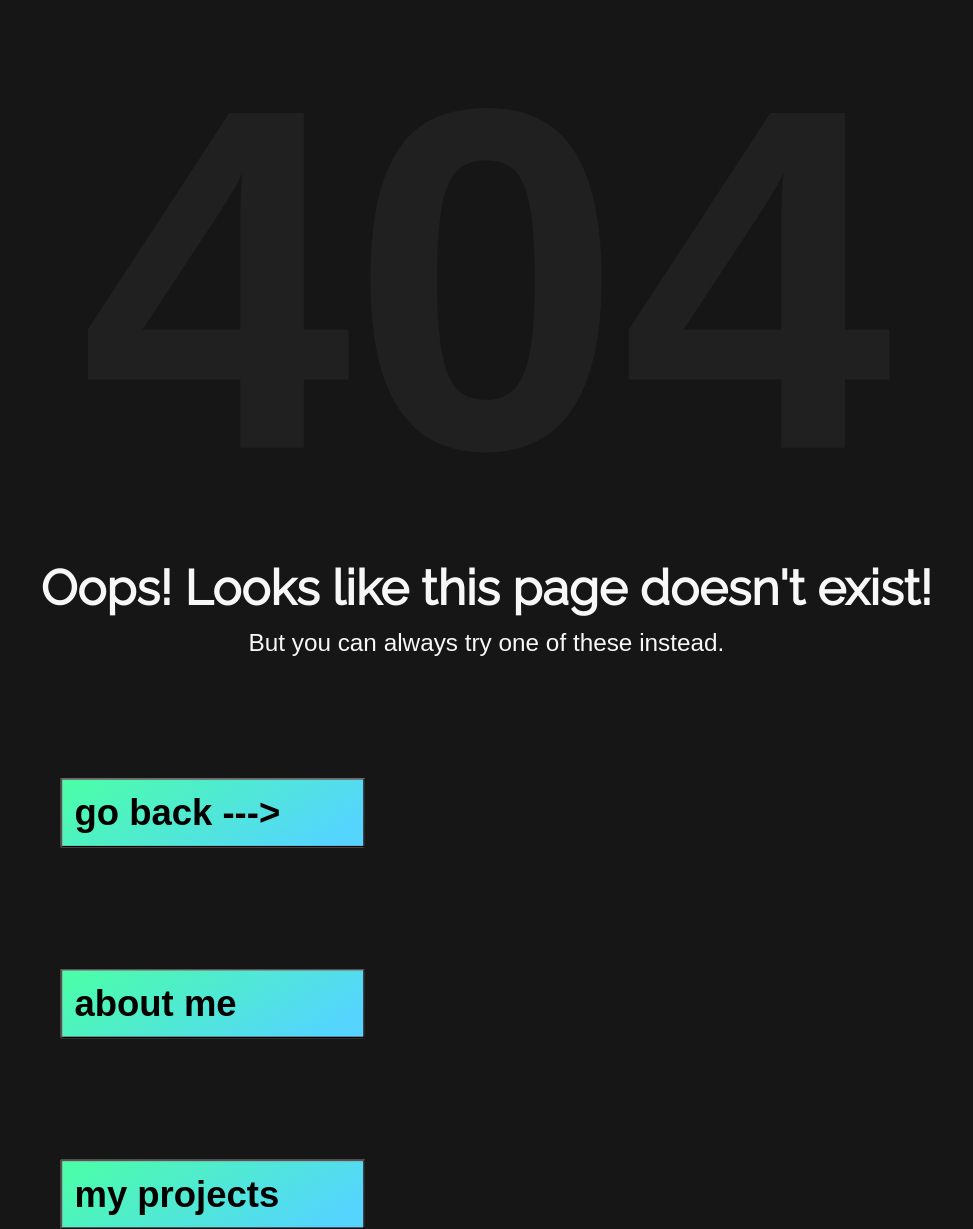
Repository: TeeJaysDev/Portfolio
Page: 404.html
An editor plug-in stored every save of this project. The page is shown before and after a run of saves, followed by the edit.
The browser window is 1280 px wide. The pictures show the whole page, at 76% of full size.

Above is the page before, as saved 2021-08-26 22:15:39.

After the next 2 saves:
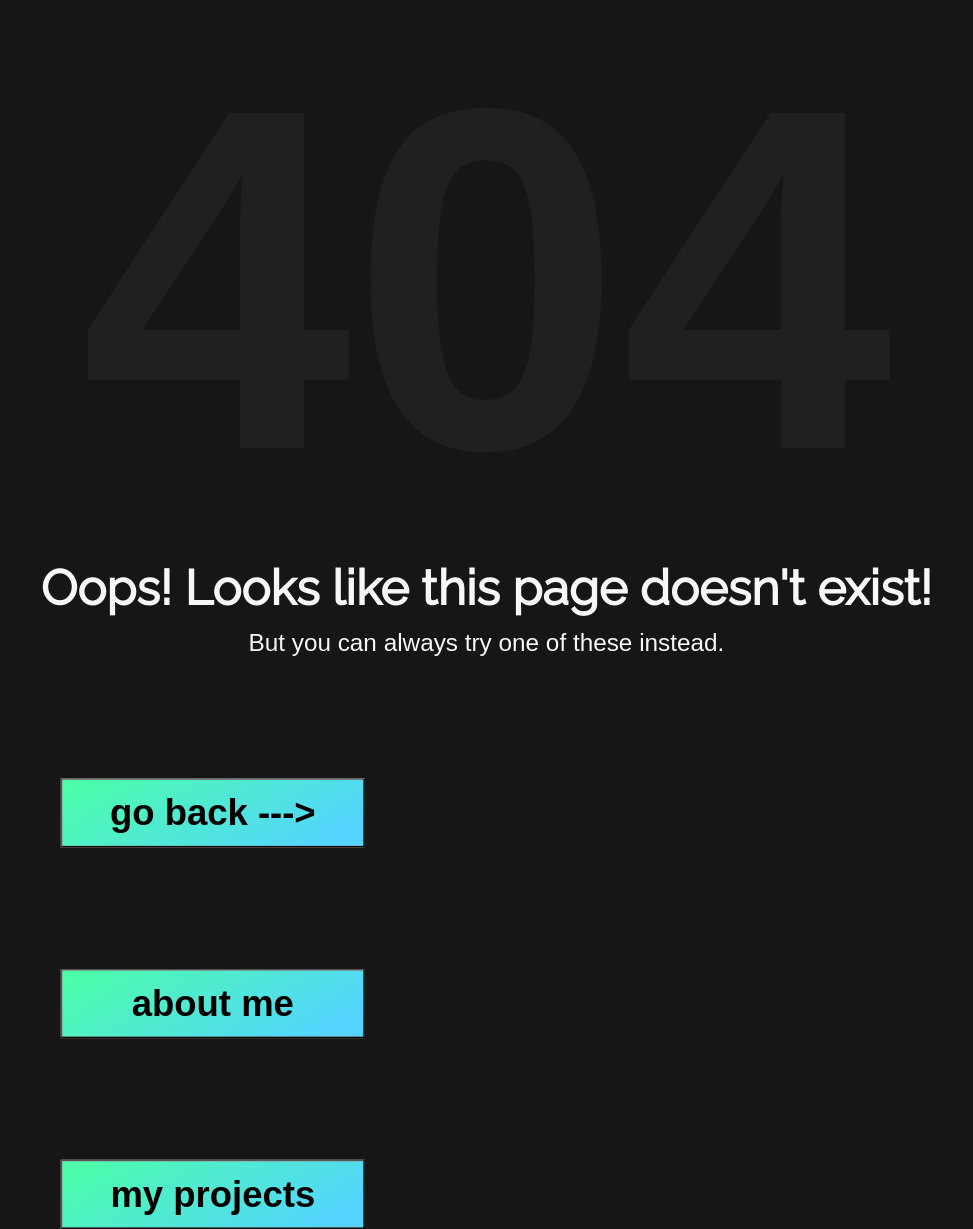
The 2 saves are shown as one change because they came seconds apart.
The last was saved 10 s later.
--- a/404.css
+++ b/404.css
@@ -49,7 +49,7 @@ button a {
 
 button {
     display: flex;
-    justify-items: center;
+    justify-content: center;
     padding: 1rem;
     width: 25rem;
     font-weight: bold;
